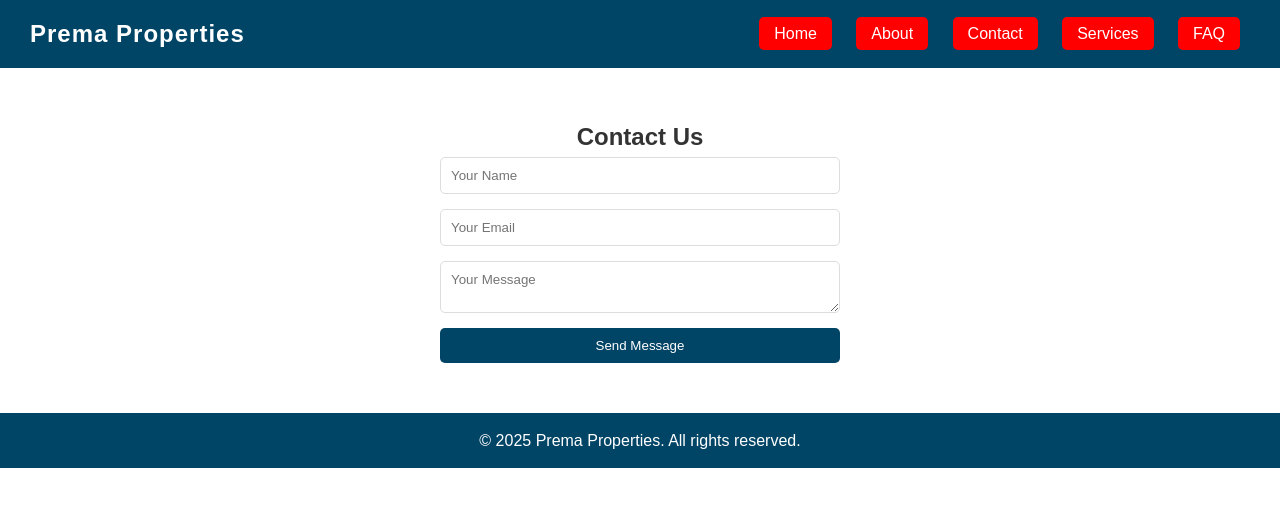
Repository: mnqobiMenzi/Prema-Properties
Page: contact-us.html
These files come from the project's save history. The page is drawn as it stood at one moment and after a run of saves; the edit follows.
The browser window is 1280 px wide. The pictures show the whole page.

Above is the page before, as saved 2025-10-04 08:51:25.

After the next 2 saves:
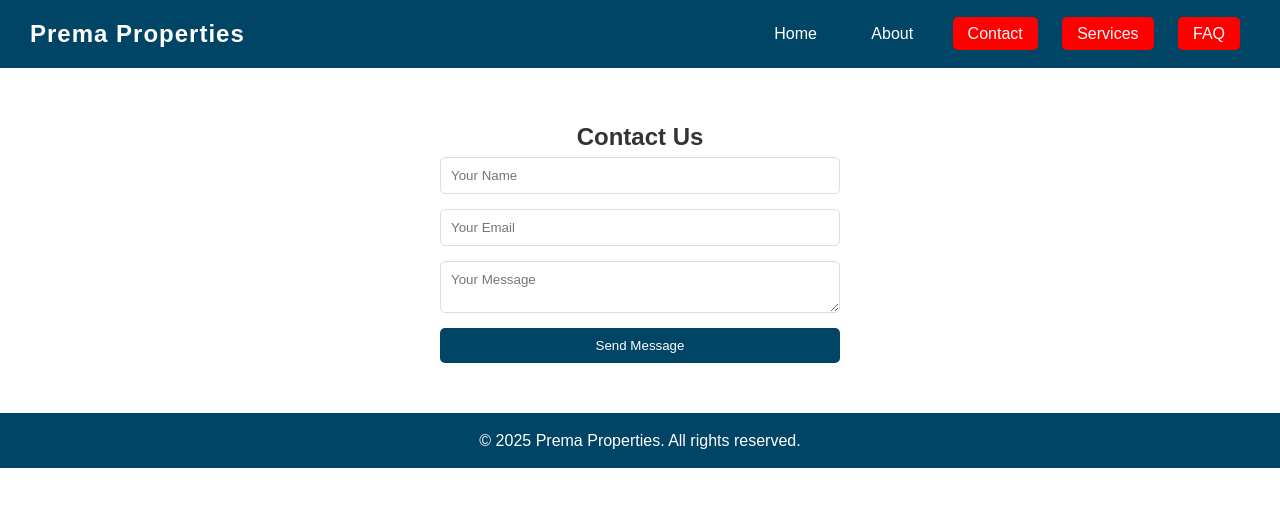
The 2 saves are shown as one change because they came seconds apart.
The last was saved 7 s later.
--- a/contact-us.html
+++ b/contact-us.html
@@ -12,8 +12,8 @@
   <header>
     <div class="logo">Prema Properties</div>
     <nav>
-      <a href="index.html" class="active">Home</a>
-      <a href="about-us.html" class="active">About</a>
+      <a href="index.html">Home</a>
+      <a href="about-us.html">About</a>
       <a href="#contact" class="active">Contact</a>
       <a href="services.html" class="active">Services</a>
       <a href="FAQ.html" class="active">FAQ</a>
